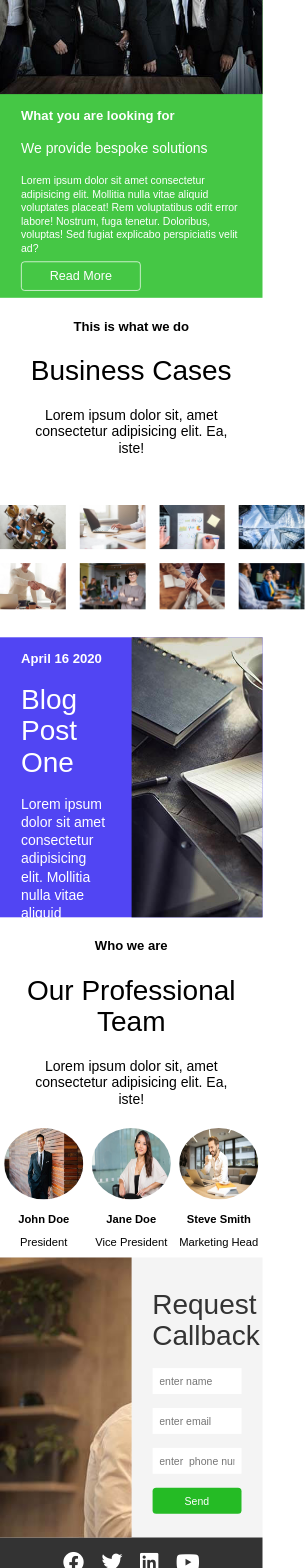
Repository: reemoon-ctrl/swiftdisk-Website-Flexbox
Page: index.html
The author's editor kept a copy of each file at every save. The page is drawn from the files as they stood at one save, then again after the next save.
The browser window is 375 px wide. The page is 435 px wide, so the pictures cover 435 px, including what lies to the right of the window. The pictures show the part of the page from y = 1898 to 4138 px (the page is 4207 px tall before and 4189 px after), at 70% of full size.
Some web fonts or font styles are not loaded; a fallback is used.

Above is the page before, as saved 2024-07-28 10:14:41.

### index.html
<!DOCTYPE html>
<html lang="en">
<head>
    <meta charset="UTF-8">
    <meta name="viewport" content="width=device-width, initial-scale=1.0">
    <title>
        Swift Desk
    </title>
    <link rel="stylesheet" href="https://cdnjs.cloudflare.com/ajax/libs/pretendard-gov/1.3.9/variable/pretendardvariable-gov.css" integrity="sha512-8+hQBaMPOtCpDlrIo2m0mrtjxkbHDG7Qn6+ftvl8QmG21EGNQTP8Qi76h2VgHyol77soXLVZuuZDX953JC10hw==" crossorigin="anonymous" referrerpolicy="no-referrer" />
    <link rel="stylesheet" href="https://cdnjs.cloudflare.com/ajax/libs/font-awesome/6.0.0-beta3/css/all.min.css">

    <link rel="stylesheet" href="index.css">
    <link rel="stylesheet" href="media.css">
</head>
<body>
    <div class="show-case">
        <header>
            <div class="nav-bar">
                <div class="title-bar">
                    <i class="fas fa-desktop fa-2x" style="color: rgb(37, 187, 37)"></i>
                    <h1 class="title"><span class="fword"> Swift</span>Desk</h1>
                </div>
                <div class="link-bar">
                    <a href="index.html">Home</a>
                    <a href="#about">About</a>
                    <a href="#cases">Cases</a>
                    <a href="#blog">Blog</a>
                    <a href="#contact">Contact</a>
                </div>
            </div>
        </header>
        <header class="hd-content">
            <h1>The Sky Is The Limit</h1>
            <p>We provide world class financial assistance
            </p>
            <a href=""><i class="fas fa-chevron-right "></i> Read More</a>

        </header>

    </div>
    <main>
        <div class="about-section">
            <ul id="about"class="about-srvice" >
                <li><i class="fas fa-university " ></i>
                    <h3>Portfolio Manager</h3>
                    <p>Lorem ipsum dolor sit, amet consectetur
                         adipisicing elit. Voluptate, voluptas!</p>
                </li>
                <li><i class="fas fa-book-open-reader " ></i>
                    <h3>Portfolio Manager</h3>
                    <p>Lorem ipsum dolor sit, amet consectetur
                         adipisicing elit. Voluptate, voluptas!</p></li>
                <li><i class="fas fa-pen-fancy " ></i>
                    <h3>Tax&Custodial</h3>
                    <p>Lorem ipsum dolor sit, amet consectetur
                         adipisicing elit. Voluptate, voluptas!</p></li>
            </ul>
        </div>
        <div>
            <div class="solutions">
                <div class="img"></div>
                <div class="solution-content">
                    <h3>What you are looking for</h3>
                    <h2>We provide bespoke solutions</h2>
                    <p>Lorem ipsum dolor sit amet consectetur
                        adipisicing elit. Mollitia nulla vitae aliquid voluptates placeat! Rem voluptatibus odit error labore! Nostrum, fuga tenetur. Doloribus, voluptas! Sed
                        fugiat explicabo perspiciatis velit ad?</p>
                    <a href="index.html">Read More</a>
                 </div>
            </div>
        </div>
        <div class="Business-case" id="cases">
            <div class="Business-case-content">
                <h3>This is what we do</h3>
                <h2>Business Cases</h2>
                <p>Lorem ipsum dolor sit, amet consectetur
                     adipisicing elit. Ea, iste!</p>
            </div>
            <div class="BC-image">
                <img class="BCimg BCimg1" src="/img/cases/cases1.jpg" alt="">
                <img  class="BCimg BCimg2" src="/img/cases/cases2.jpg" alt="">
                <img class="BCimg BCimg3" src="/img/cases/cases3.jpg" alt="">
                <img class="BCimg BCimg4" src="/img/cases/cases4.jpg" alt="">
                <img class="BCimg BCimg5" src="/img/cases/cases5.jpg" alt="">
                <img class="BCimg BCimg6" src="/img/cases/cases6.jpg" alt="">
                <img class="BCimg BCimg7" src="/img/cases/cases7.jpg" alt="">
                <img class="BCimg BCimg8" src="/img/cases/cases8.jpg" alt="">
            </div>
        </div>

        <div>
            <div class="blog" id="blog">
                <div class="img"></div>
                <div class="blog-content">
                    <h3>April 16 2020</h3>
                    <h2>Blog Post One</h2>
                    <p>Lorem ipsum dolor sit amet consectetur
                        adipisicing elit. Mollitia nulla vitae aliquid voluptates placeat! Rem voluptatibus odit error labore! Nostrum, fuga tenetur. Doloribus, voluptas! Sed
                        fugiat explicabo perspiciatis velit ad?</p>
                    <a href="blog.html">Read Our Blog</a>
                 </div>
            </div>
        </div>
        <div class="Business-case">
            <div class="Business-case-content">
                <h3>Who we are</h3>
                <h2>Our Professional Team</h2>
                <p>Lorem ipsum dolor sit, amet consectetur
                     adipisicing elit. Ea, iste!</p>
            </div>
            <div class="our-team">
                <ul class="team-image">
                    <li><img  class="tmimg tm-img1" src="/img/team/person1.jpg" alt=""><h4>John Doe</h4><p>President</p></li>
                    <li><img  class="tmimg tm-img2" src="/img/team/person2.jpg" alt=""><h4>Jane Doe</h4><p>Vice President</p></li>
                    <li><img class="tmimg tm-img3" src="/img/team/person3.jpg" alt=""><h4>Steve Smith</h4><p>Marketing Head</p></li>
                </ul>
            </div>
        </div>
        <div>
            <div class="request" id="contact">
                <div class="img"></div>
                <div class="form-content">
                    <h2>Request Callback</h2>
                    <form class="requwst-form"action="">
                        <input type="text" name="name" id="name" placeholder="enter name">
                        <input type="email" name="Email" id="Email" placeholder="enter email">
                        <input type="tel" name="phone" id="phone" placeholder="enter  phone number">
                        <input type="submit" value="Send" id="submit">
                    </form>


                 </div>

            </div>
        </div>

    </main>
    <footer>
        <ul class="footer-icon">
            <li><a href=""><i class="fa-brands fa-facebook"></i></a></li>
            <li><a href=""><i class="fa-brands fa-twitter"></i></a></li>
            <li><a href=""><i class="fa-brands fa-linkedin"></i></a></li>
            <li><a href=""><i class="fa-brands fa-youtube"></i></a></li>
        </ul>
        <p>copyright &copy; 2020-SwiftDesk</p>
    </footer>



</body>
</html>

### index.css
@import url('https://fonts.googleapis.com/css2?family=Open+Sans:ital,wght@0,300..800;1,300..800&family=Poppins:ital,wght@0,100;0,200;0,300;0,400;0,500;0,600;0,700;0,800;0,900;1,100;1,200;1,300;1,400;1,500;1,600;1,700;1,800;1,900&display=swap');


*{
    box-sizing: border-box;
    margin: 0;
    padding: 0;
}

body{
    font-family: 'Open Sans ', sans-serif;
}
h1,h2{
    font-weight: 300;
}
.nav-bar{
    display: flex;
    justify-content:space-between ;
    padding: 20px 20px;
    color:#fff;
    background-color: #333333cd;
    position: fixed;
    top: 0px;
    height:70px;
    width:100vw;
}
.title-bar{
    align-items: center;
    flex-grow: 1;
    display: flex;
    gap:.5rem;


}
.title-bar h1{
    display:inline-block;
    font-size:2.5rem;
    font-weight: 400;
}

.link-bar{

    /* flex-grow:1 ; */
    align-self: center;
    display: flex;
}
.link-bar a{
    padding: 23.5px 20px;
    color:#fff;
    text-decoration: none;


}
.link-bar a:hover{
    border-bottom: 2px #25bb25 solid;
}
.fword{
    color:#25bb25;
}
.show-case{
   height:100vh;
   text-align: center;
   color:#fff;
   position: relative;
   background:  url('img/home/showcase.jpg') no-repeat center center/cover;
}
.show-case *{
    z-index: 10;
}
.show-case::before{
    content:'';
    position: absolute;
    background: hsla(0%, 0%, 0%, 0.5);
    left: 0;
    top:0;
    width: 100%;
    height:100%;
}
.hd-content{
    padding-top: 18rem;
}
.hd-content h1{
    font-size: 3rem;
}
.hd-content p{
    font-size: 1.5rem;
    padding-top: .8rem;
    padding-bottom: .8rem;
}
.hd-content a{
    color: #fff;
    background:#45c745 ;
    padding: 10px 30px;
    border-radius: 5px;
    text-decoration: none;
    text-align: center;
    display: inline-block;
}
.about-section ul{
    display: flex;
    list-style: none;
    gap: 20px;

}
.about-srvice{
    padding: 50px ;
}
.about-srvice li{
    text-align: center;
}
.about-srvice li i{
    background-color: rgb(69, 199, 69);
    color:#fff;
    width:70px;
    height: 70px;
    border-radius: 70px;
    font-size: 40px;
    padding-top:15px ;


}
.about-srvice li h3{
    padding-top: 20px;
}
.about-srvice li p{
    padding-top: 20px;
    padding-bottom: 30px;
    font-size: 20px;
    color: dimgrey;
}

.solutions{
    display:flex;
    background: #45c745;

}
.solutions .img{
    width:50%;
    background: url('/img/home/people.jpg') center center/cover no-repeat;

}
.solution-content{
    color:#fff;
    padding:20px 30px;
    height:25rem;
    width: 50%;
}
.solution-content h2{
    font-size: 40px;
    font-weight: 500;
    padding: 1.5rem 0px;
}
.solution-content p{
    font-size: 20px;
    line-height: 1.3;
    margin-bottom: 20px;
}
.solution-content a{
    padding: 10px 40px;
    border: 1px solid;
    color:#fff;
    text-decoration: none;
    border-radius: 5px;
    font-size: 18px;

}
.Business-case{
    width: 100vw;
}
.Business-case-content{
    text-align: center;
    padding-left: 30px;
    padding-right: 30px;
}
.Business-case-content h3{
    padding: 30px 0px;
}
.Business-case-content h2{
   padding-bottom: 30px;
    font-size: 40px;
    font-weight: 500;
}
.Business-case-content p{
    padding-bottom: 30px;
    font-size: 20px;
}
.BC-image{
    display: grid;
    grid-template-columns:25% 25% 25% 25%;
   gap: 20px;
   padding: 40px 0px;
}
.BCimg{
    width: 100%;
    height:100%;
    object-fit: cover;


}
.BCimg:hover{
    opacity: 0.7;
}
/* //////////////////////////////////// */
.blog{
    display:flex;
    background: #5145f3;
    flex-direction: row-reverse;

}
.img{
    width:50%;
    background: url('/img/home/blog.jpg') center center/cover no-repeat;

}
.blog-content{
    color:#fff;
    padding:20px 30px;
}
.blog-content{
    height:25rem;
    width: 50%;
}
.blog-content h2{
    font-size: 40px;
    font-weight: 500;
    padding: 1.5rem 0px;
}
.blog-content p{
    font-size: 20px;
    line-height: 1.3;
    margin-bottom: 20px;
}
.blog-content a{
    padding: 10px 40px;
    border: 1px solid;
    color:#fff;
    text-decoration: none;
    border-radius: 5px;
    font-size: 18px;

}
.our-team{
    padding-bottom: 40px;
}
.team-image{
    display: flex;
    justify-content: space-around;
    width: 100vw;
    list-style: none;
    text-align: center;

}
.team-image li h4{
    padding: 15px;
}
.tmimg{
    width: 90%;
    height:70%;
    border-radius: 70%;

}
.request{
    display: flex;
    background-color: #f4f4f4;
}
.request .img{
    background: url(/img/home/contact.jpg);
}
.form-content{
    color:#333;
    padding:20px 30px;
    height:25rem;
    width: 50%;
}
.form-content h2{
    color:#333;
    font-size: 40px;
    font-weight: 500;
    padding: 1.5rem 0px;
    font-weight:lighter;
}
.requwst-form{
    display: flex;
    flex-direction: column;
    gap :20px;

}
.requwst-form input{
border: #ddd;
color: #333;
font-size: 15px;
padding: 10px;
}
.requwst-form input:focus{
    outline-color:#25bb25 ;
}
.requwst-form input[type=submit]{
    background: #25bb25;
    color:#fff;
    cursor: pointer;
    border-radius: 5px;


}
.requwst-form input[type=submit]:hover{
    background-color: #6de66d;

}
footer{
    background: #333;
    padding: 20px ;
}
.footer-icon{
    display: flex;
    align-items: center;
    justify-content: center;
    gap:25px;
}
.footer-icon li{
    list-style: none;
}
.footer-icon li a{
    color: #fff;
    font-size: 30px;
}
.footer-icon li a:hover{
    color: #45c745;
}

footer p{
    text-align: center;
    color: #fff;
    padding-top: 20px;

}
/* //////////blog page//////////////// */
#blog-case{
    height:fit-content;
    text-align: center;
    color:#fff;
    background:  url('img/home/blog.jpg') no-repeat center center/cover ;
 }
.blog-h1{
    font-size: 70px;
    font-weight: 400;
    padding-bottom: 50px;

 }
 .blog-light{
    display:flex;
    background: #fff;
    flex-direction: row-reverse;

}
.img-light{
    width:50%;
    background: url('/img/blog/blog1.jpg') center center/cover no-repeat;

}
.blog-content-light{
    color:#333;
    padding:20px 30px;
    height:25rem;
    width: 50%;
}
.blog-content-light h2{
    font-size: 40px;
    font-weight: 500;
    padding: .4rem 0px;
}
.blog-content-light h3{
    padding-bottom: 1.7rem;
}
.blog-content-light p{
    font-size: 20px;
    line-height: 1.3;
    margin-bottom: 20px;
}
.blog-content-light a{
    padding: 10px 30px;
    border: 1px solid;
    color:#fff;
    background-color: #333;
    text-decoration: none;
    border-radius: 5px;
    font-size: 18px;

}
.blog-dark{
    display:flex;
    background: #333;
    flex-direction: row-reverse;

}
.img-dark{
    width:50%;
    background: url('/img/blog/blog2.jpg') center center/cover no-repeat;

}
.blog-content-dark{
    color:#fff;
    padding:20px 30px;
    height:25rem;
    width: 50%;
}
.blog-content-dark h2{
    font-size: 40px;
    font-weight: 500;
    padding: .4rem 0px;
}
.blog-content-dark h3{
    padding-bottom: 1.7rem;
    font-weight:normal;
}
.blog-content-dark p{
    font-size: 20px;
    line-height: 1.3;
    margin-bottom: 20px;
}
.blog-content-dark a{
    padding: 10px 30px;
    border: 1px solid;
    color:#333;
    background-color: #fff;
    text-decoration: none;
    border-radius: 5px;
    font-size: 18px;

}
.last-blog .img-light{
    width:50%;
    background: url('/img/blog/blog3.jpg') center center/cover no-repeat;

}
.author{
    font-weight: 700;
}

### media.css
@media screen and (max-width:500px){
    .nav-bar{
        flex-direction: column;
        height:140px;
        justify-content: center;
        align-items: center;

    }
    .hd-content{
        padding-top: 15rem;
    }
    .hd-content h1{
        font-size: 1.5rem;
    }
    .hd-content p{
        font-size: .7rem;
        padding-top: .8rem;
        padding-bottom: .8rem;
    }
    .about-section ul{
        flex-direction: column;
    }
    .solutions{
        flex-direction: column;
    }
    .solutions .img{
        width:100%;
        height: 25rem;
    }
    .solution-content{
        width:100%;
        height: 100%;
    }
    .solution-content h2{
        font-size: 20px;
    }
    .solution-content p{
        font-size: 15px;
        line-height: ;
    }

}

After the next save:
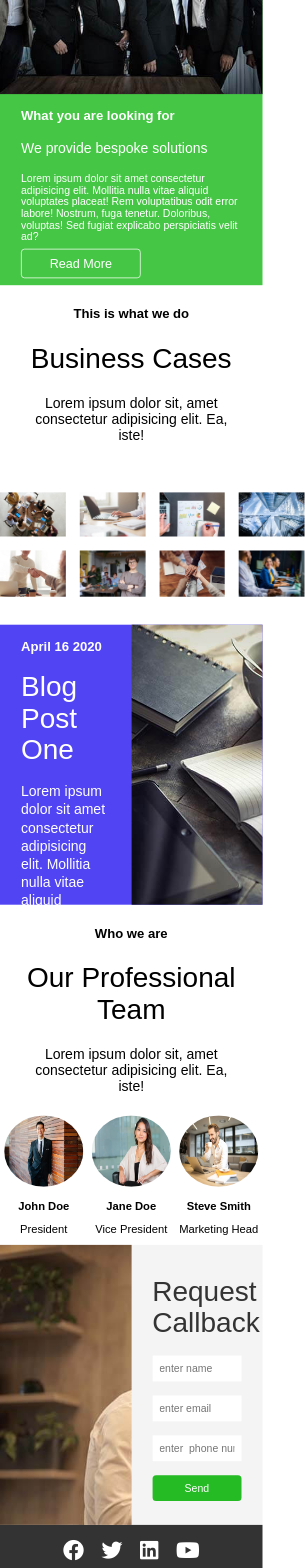
Saved 5 s later.
--- a/media.css
+++ b/media.css
@@ -36,7 +36,7 @@
     }
     .solution-content p{
         font-size: 15px;
-        line-height: ;
+        line-height:1.1 ;
     }
 
 }
